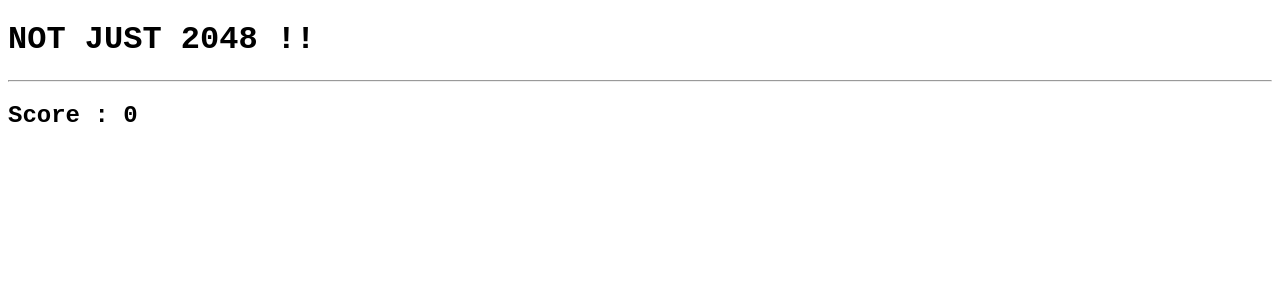
Repository: Prathamyadav1123/2048Game
Page: NotJust2048-main/2048.html
The author's editor kept a copy of each file at every save. The page is drawn from the files as they stood at one save, then again after a run of saves.
The browser window is 1280 px wide. The pictures show the whole page.

Above is the page before, as saved 2023-05-31 19:36:11.

After the next 2 saves:
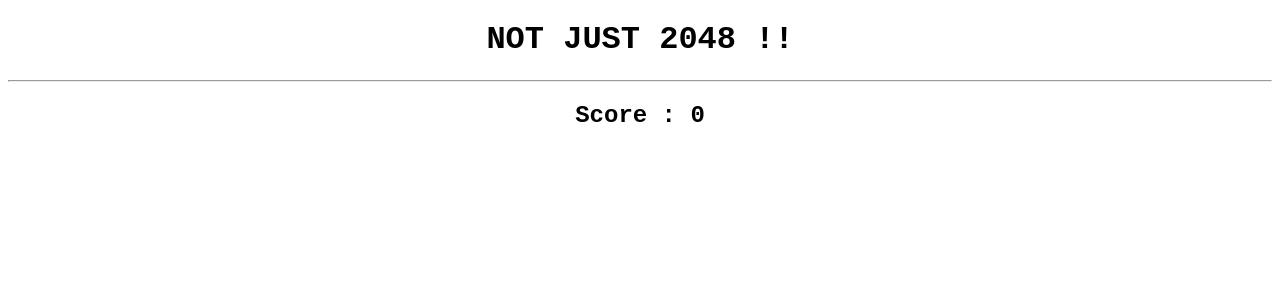
The 2 saves are shown as one change because they came seconds apart.
The last was saved 6 s later.
--- a/NotJust2048-main/2048.css
+++ b/NotJust2048-main/2048.css
@@ -1,4 +1,4 @@
 body{
     font-family: 'Courier New', Courier, monospace;
-    al
+    text-align: center;
 }
